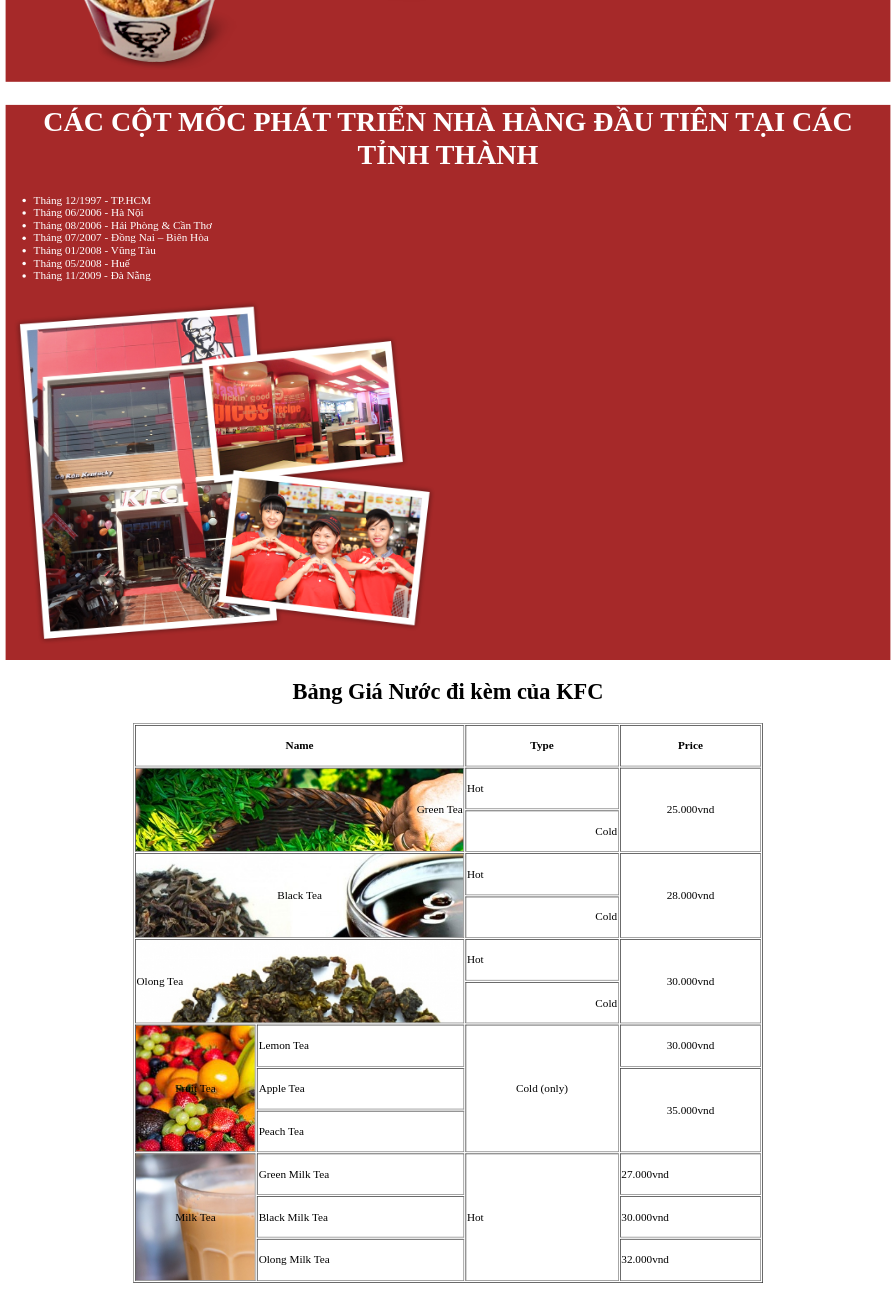
Repository: Edward205204/cybersoft_b1
Page: index.html
The author's editor kept a copy of each file at every save. The page is drawn from the files as they stood at one save, then again after the next save.
The browser window is 1280 px wide. The pictures show the part of the page from y = 1087 to 3007 px (the page is 2928 px tall before and 3007 px after), at 70% of full size.

Above is the page before, as saved 2024-11-11 23:26:18.

After the next save:
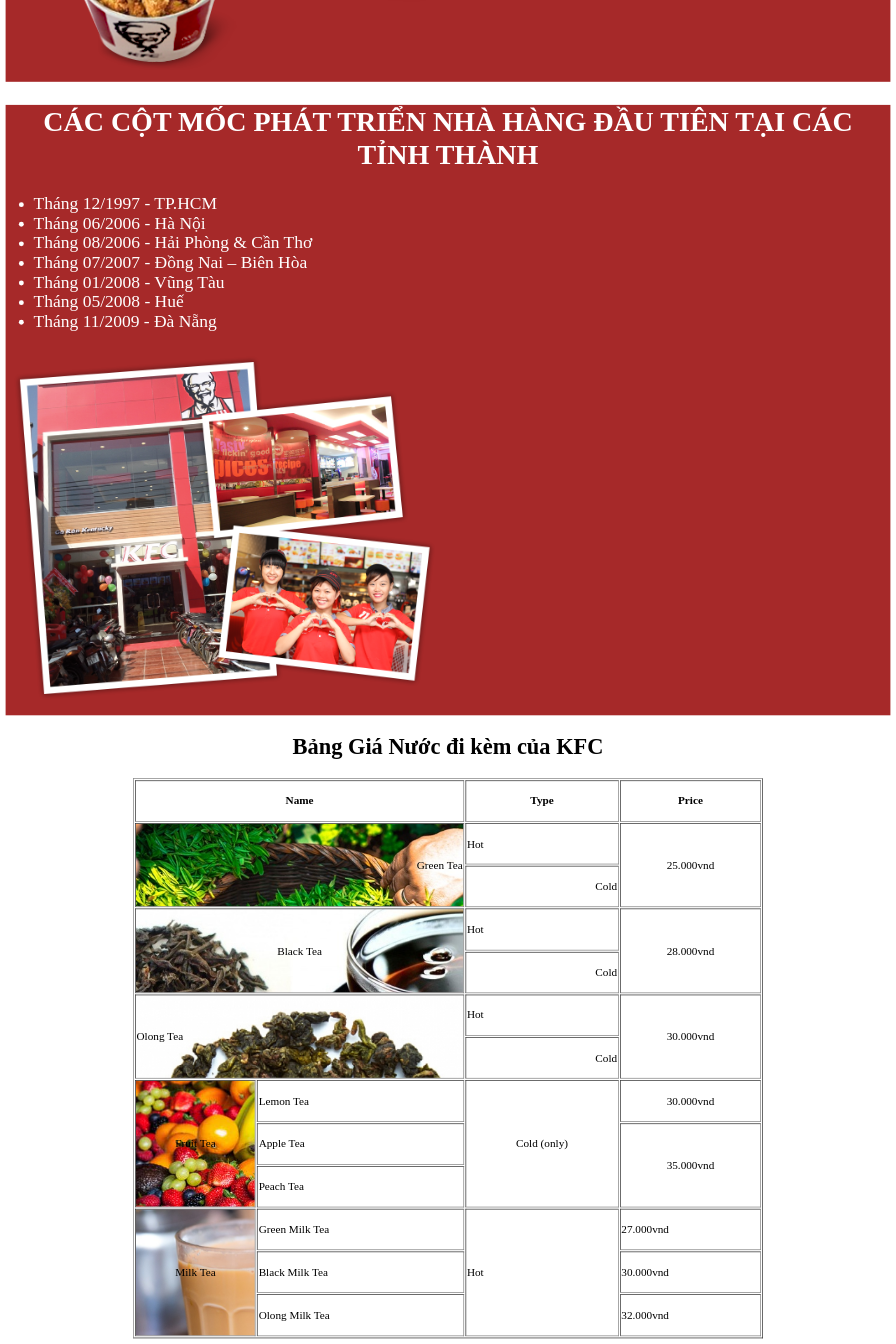
Saved 17 s later.
--- a/index.html
+++ b/index.html
@@ -63,7 +63,7 @@
       >
         CÁC CỘT MỐC PHÁT TRIỂN NHÀ HÀNG ĐẦU TIÊN TẠI CÁC TỈNH THÀNH
       </h2>
-      <ul style="color: white">
+      <ul style="color: white; font-size: 25px">
         <li>Tháng 12/1997 - TP.HCM</li>
         <li>Tháng 06/2006 - Hà Nội</li>
         <li>Tháng 08/2006 - Hải Phòng & Cần Thơ</li>
